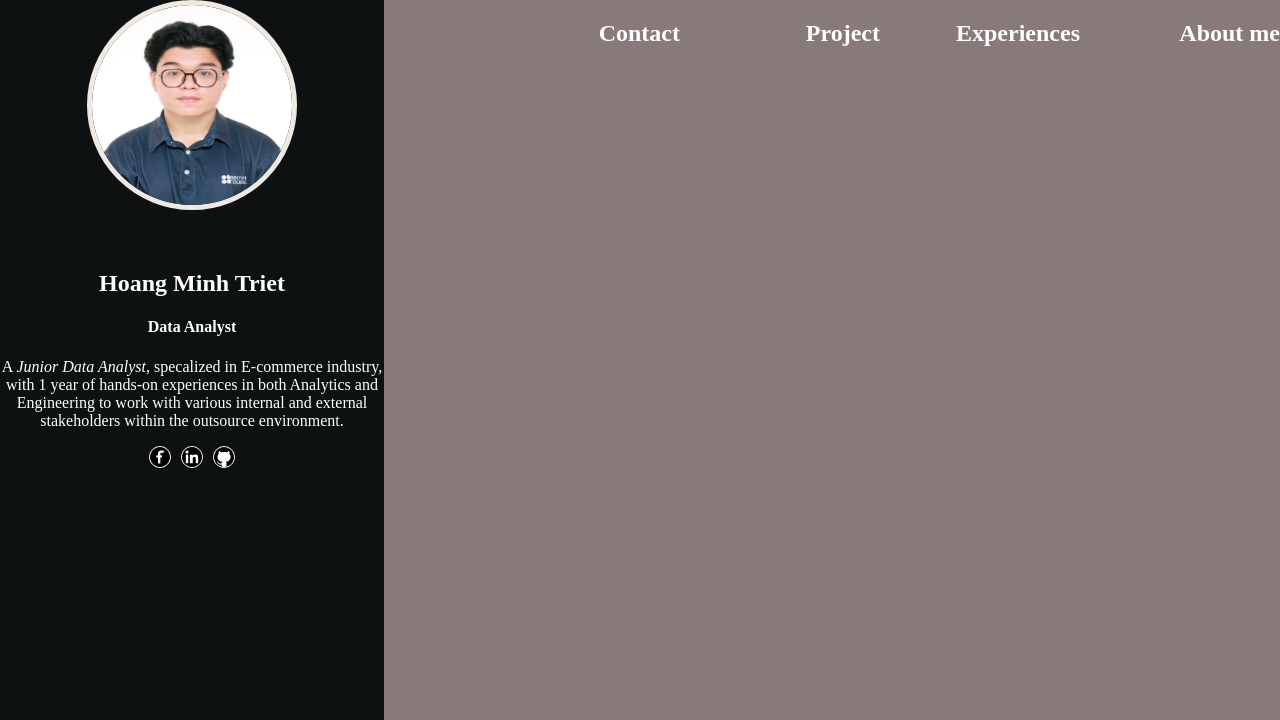
Repository: MinnTrit/personal_website
Page: http://localhost/
The author's editor kept a copy of each file at every save. The page is drawn from the files as they stood at one save, then again after the next save.
The browser window is 1280 px wide. The pictures show the whole page.
The page is served by the project's application, run on Flask 3 (app.py).

Above is the page before, as saved 2025-01-28 23:56:27.

After the next save:
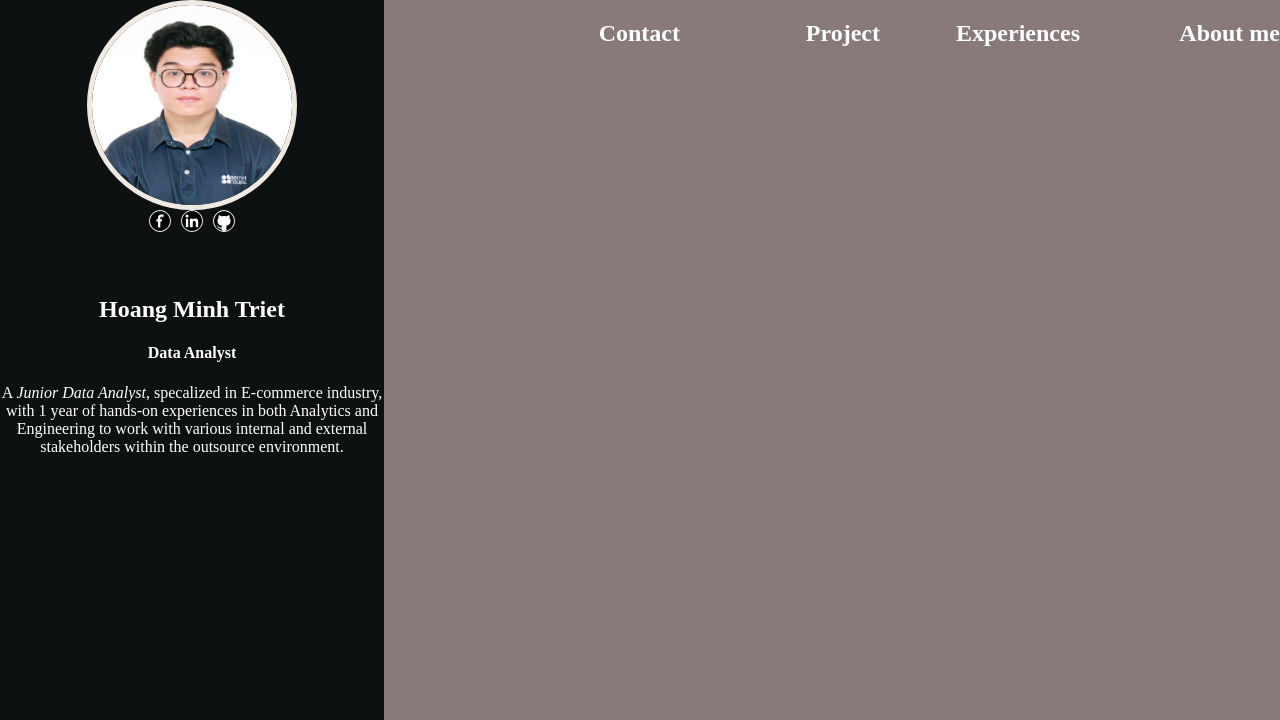
Saved 38 s later.
--- a/templates/index.html
+++ b/templates/index.html
@@ -23,11 +23,6 @@
     </div>
     <div class="picture">
         <img src="{{ url_for('static', filename='imgs/personal_image.jpg') }}" alt="personalImage">
-        <div class="pictureText">
-            <h2>Hoang Minh Triet</h2>
-            <h4>Data Analyst</h4>
-            <p>A <em>Junior Data Analyst</em>, specalized in E-commerce industry, with 1 year of hands-on experiences in both Analytics and Engineering to work with various internal and external stakeholders within the outsource environment.</p>
-        </div>
         <div class="information">
             <a href="https://www.facebook.com/minhtriet05042003/" target="_blank">
                 <img class="facebook" src="{{ url_for('static', filename='imgs/facebook.jpg') }}" alt="facebook">
@@ -39,6 +34,11 @@
                 <img class="github" src="{{ url_for('static', filename='imgs/github.png') }}" alt="github">
             </a>
         </div>
+        <div class="pictureText">
+            <h2>Hoang Minh Triet</h2>
+            <h4>Data Analyst</h4>
+            <p>A <em>Junior Data Analyst</em>, specalized in E-commerce industry, with 1 year of hands-on experiences in both Analytics and Engineering to work with various internal and external stakeholders within the outsource environment.</p>
+        </div>
     </div>
 </body>
 </html>
